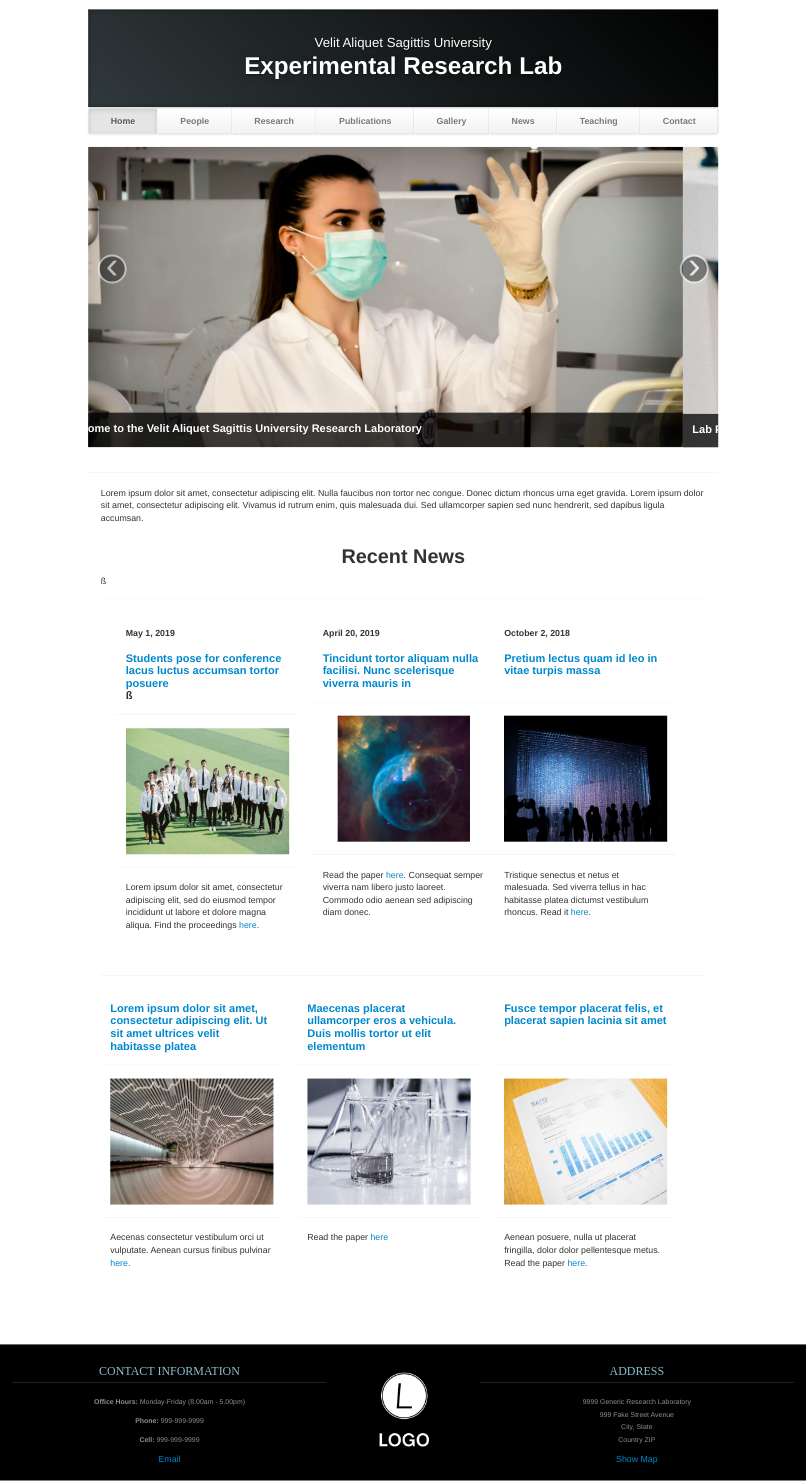
Repository: IAEUC/iaeuc.github.io
Page: index.html
These files come from the project's save history. The page is drawn as it stood at one moment and after the next save; the edit follows.
The browser window is 1280 px wide. The pictures show the whole page, at 63% of full size.

Above is the page before, as saved 2025-08-07 17:12:26.

### index.html
<!DOCTYPE html>
<html lang="en">
   <head>
      <meta charset="utf-8">
      <title>Generic Research Lab Template - Home</title>
      <meta name="viewport" content="width=device-width, initial-scale=1.0">
      <meta name="description" content="Research Lab, Home, Velit Aliquet Sagittis University">
      <meta name="author" content="">
      <!-- Le styles -->
      <link href="css/bootstrap.min.css" rel="stylesheet">
      <link href="css/bootstrap-responsive.min.css" rel="stylesheet">
      <link href="css/theme.css" rel="stylesheet">
   </head>
   <body>
      <div class="container">
         <header class="jumbotron subhead" id="overview">
            <p class="lead"> Velit Aliquet Sagittis University </p>
            <h1>Experimental Research Lab</h1>
         </header>
         <div class="masthead">
            <div class="navbar">
               <div class="navbar-inner">
                  <div class="container">
                     <ul class="nav">
                        <li class="active"><a href="#">Home</a></li>
                        <li><a href="people.html">People</a></li>
                        <li><a href="research.html">Research</a></li>
                        <li><a href="publications.html">Publications</a></li>
                        <li><a href="gallery.html">Gallery</a></li>
                        <li><a href="news.html">News</a></li>
                        <li><a href="teaching.html">Teaching</a></li>
                        <li><a href="contact.html">Contact</a></li>
                     </ul>
                  </div>
               </div>
            </div>
         </div>
         <div class="row-fluid">
            <div class="span12">
               <div id="main-carousel" class="carousel slide">
                  <div class="carousel-inner">
                     <div class="item active">
                        <img src="images/ani-kolleshi-crop3.JPG" class="carousel-image" alt="">
                        <div class="carousel-caption">
                           <h4>Welcome to the Velit Aliquet Sagittis University Research Laboratory</h4>
                           <!-- -->
                           <p></p>
                        </div>
                     </div>
                     <div class="item">
                        <img src="images/microscope-crop1.JPG" class="carousel-image" alt="">
                        <div class="carousel-caption">
                           <h4>Lab Photos</h4>
                           <p></p>
                        </div>
                     </div>
                     <div class="item">
                        <img src="images/building-crop1.JPG" class="carousel-image" alt="">
                        <div class="carousel-caption">
                           <h4>Main Building Photo</h4>
                           <p></p>
                        </div>
                     </div>
                  </div>
                  <a class="left carousel-control" href="#main-carousel" data-slide="prev">‹</a>
                  <a class="right carousel-control" href="#main-carousel" data-slide="next">›</a>
               </div>
            </div>
         </div>
         <hr>
         <div class="container-fluid">
            <div class="row-fluid marketing">
               <div class="span12">
                  <p>
                     Lorem ipsum dolor sit amet, consectetur adipiscing elit. Nulla faucibus non tortor nec congue.
                     Donec dictum rhoncus urna eget gravida. Lorem ipsum dolor sit amet, consectetur adipiscing elit.
                     Vivamus id rutrum enim, quis malesuada dui. Sed ullamcorper sapien sed nunc hendrerit, sed dapibus
                     ligula accumsan.
                  </p>
                  <br/>
               </div>
               <div class="row-fluid">
                  <hr>
                  <h2 class="centered">Recent News</h2>ß
                  <hr>
               </div>
               <div class="span4 feature-item">
                  <h5> <span class="date"> May 1, 2019 </span> </h5>
                  <h4 class="feature-heading">
                     <a href="https://unsplash.com/photos/CPmrdbbpnXg">
                     Students pose for conference lacus luctus accumsan tortor posuere
                     </a>
                     <br/>ß
                  </h4>
                  <hr>
                  <div class="centered">
                     <a href="https://unsplash.com/photos/CPmrdbbpnXg">
                     <img src="thumbs/jerry-zhang-1281608-unsplash.jpg" alt=""></a>
                  </div>
                  <hr>
                  <p>
                     Lorem ipsum dolor sit amet, consectetur adipiscing elit, sed do eiusmod tempor incididunt ut labore et
                     dolore magna aliqua.
                     Find the proceedings <a href="https://unsplash.com/photos/CPmrdbbpnXg">here</a>.
                  </p>
                  <br/>
                  <br/>
               </div>
               <div class="span4 feature-item">
                  <h5> <span class="date">April 20, 2019</span> </h5>
                  <h4 class="feature-heading">
                     <a href="https://unsplash.com/photos/rTZW4f02zY8">
                     Tincidunt tortor aliquam nulla facilisi. Nunc scelerisque viverra mauris in
                     </a>
                  </h4>
                  <hr>
                  <div class="centered">
                     <a href="https://unsplash.com/photos/rTZW4f02zY8">
                     <img src="thumbs/nasa-89125-unsplash.jpg" alt="">
                     </a>
                  </div>
                  <hr>
                  <p>
                     Read the paper
                     <a href="https://unsplash.com/photos/rTZW4f02zY8">here</a>.
                     Consequat semper viverra nam libero justo laoreet. Commodo odio aenean sed adipiscing diam donec.
                  </p>
                  <br/>
               </div>
               <div class="row-fluid">
                  <div class="span4 feature-item">
                     <h5> <span class="date">October 2, 2018</span> </h5>
                     <h4 class="feature-heading">
                        <a href="http://mechanical.illinois.edu/news/miljkovic-pleased-join-%E2%80%98powerhouse%E2%80%99-illinois">
                        Pretium lectus quam id leo in vitae turpis massa
                        <br/>
                        <br/>
                        </a>
                     </h4>
                     <hr>
                     <div class="centered">
                        <a href="https://unsplash.com/photos/WNk-f-TnZDw">
                        <img src="thumbs/rodolfo-cuadros-762364-unsplash.jpg" alt=""></a>
                     </div>
                     <hr>
                     <p>
                        Tristique senectus et netus et malesuada. Sed viverra tellus in hac habitasse platea dictumst vestibulum rhoncus.
                        Read it <a href="https://unsplash.com/photos/WNk-f-TnZDw">here</a>.
                     </p>
                     <br/>
                  </div>
               </div>
               <hr>
            </div>
            <div class="row-fluid">
               <div class="span4 feature-item">
                  <h4 class="feature-heading"><a href="https://unsplash.com/photos/QvbLjB9pHLM">Lorem ipsum dolor sit amet, consectetur adipiscing elit. Ut sit amet ultrices velit habitasse platea</a></h4>
                  <hr>
                  <div class="centered">
                     <a href="https://unsplash.com/photos/QvbLjB9pHLM"><img src="thumbs/ivanov-crop.JPG" alt=""></a>
                  </div>
                  <hr>
                  <p>Aecenas consectetur vestibulum orci ut vulputate. Aenean cursus finibus pulvinar <a href="https://unsplash.com/photos/QvbLjB9pHLM">here</a>. </p>
                  <br/>
               </div>
               <div class="span4 feature-item">
                  <h4 class="feature-heading"><a href="https://unsplash.com/photos/lQGJCMY5qcM">Maecenas placerat ullamcorper eros a vehicula. Duis mollis tortor ut elit elementum</a></h4>
                  <hr>
                  <div class="centered">
                     <a href="https://unsplash.com/photos/lQGJCMY5qcM"><img src="thumbs/beaker-crop.JPG" alt=""></a>
                  </div>
                  <hr>
                  <p>Read the paper <a href="https://unsplash.com/photos/lQGJCMY5qcM">here</a> </p>
               </div>
               <div class="span4 feature-item">
                  <h4 class="feature-heading"><a href="https://unsplash.com/photos/QCbZ4ASLhM8">Fusce tempor placerat felis, et placerat sapien lacinia sit amet<br/><br/><br/></a></h4>
                  <hr>
                  <div class="centered">
                     <a href="https://unsplash.com/photos/QCbZ4ASLhM8"><img src="thumbs/sato-chart.JPG" alt=""></a>
                  </div>
                  <hr>
                  <p> Aenean posuere, nulla ut placerat fringilla, dolor dolor pellentesque metus. Read the paper <a href="https://unsplash.com/photos/QCbZ4ASLhM8">here</a>.</p>
                  <br/>
                  <br/>
                  <br/>
               </div>
            </div>
         </div>
      </div>
      <footer id="footer">
         <div class="container-fluid">
            <div class="row-fluid">
               <div class="span5">
                  <h3>Contact Information</h3>
                  <p><b>Office Hours: </b>Monday-Friday (8.00am - 5.00pm)</p>
                  <p><b>Phone: </b>999-999-9999</p>
                  <p><b>Cell: </b>999-999-9999</p>
                  <a href="mailto:your.email@uni.edu">Email</a>
               </div>
               <div class="span2">
                  <a href="https://mybrandnewlogo.com/"><img src = "thumbs/generic-logo.JPG" alt="research-lab-logo"/></a>
               </div>
               <div class="span5">
                  <h3>Address</h3>
                  <p>9999 Generic Research Laboratory<br>
                     999 Fake Street Avenue<br>
                     City, State<br>
                     Country ZIP
                  </p>
                  <a href="http://maps.google.com/">Show Map</a>
               </div>
            </div>
         </div>
      </footer>

      <!-- Javascript files -->
      <script src="js/jquery-1.9.1.min.js"></script>
      <script src="js/bootstrap.min.js"></script>
      <script> $('#main-carousel').carousel(); </script>
   </body>
</html>

### css/theme.css
body {
	padding-top: 15px;
	padding-bottom: 0px;
}


/* Custom container */

.container {
	margin: 0 auto;
	max-width: 1000px;
}

.container>hr {
	margin: 20px 0
}


/* Customize the navbar links to be fill the entire space of the .navbar */

.navbar .navbar-inner {
	padding: 0
}

.navbar .nav {
	margin: 0;
	display: table;
	width: 100%;
}

.navbar .nav li {
	display: table-cell;
	width: 1%;
	float: none;
}

.navbar .nav li a {
	font-weight: bold;
	text-align: center;
	border-left: 1px solid rgba(255, 255, 255, .75);
	border-right: 1px solid rgba(0, 0, 0, .1);
}

.navbar .nav li:first-child a {
	border-left: 0;
	border-radius: 3px 0 0 3px;
}

.navbar .nav li:last-child a {
	border-right: 0;
	border-radius: 0 3px 3px 0;
}

body>.navbar {
	font-size: 13px
}


/* Change the docs' brand */

body>.navbar .brand {
	padding-right: 0;
	padding-left: 0;
	margin-left: 20px;
	float: right;
	font-weight: bold;
	color: #000;
	text-shadow: 0 1px 0 rgba(255, 255, 255, .1), 0 0 30px rgba(255, 255, 255, .125);
	-webkit-transition: all .2s linear;
	-moz-transition: all .2s linear;
	transition: all .2s linear;
}

body>.navbar .brand:hover {
	text-decoration: none;
	text-shadow: 0 1px 0 rgba(255, 255, 255, .1), 0 0 30px rgba(255, 255, 255, .4);
}


/* Sidenav for Docs
         -------------------------------------------------- */

@media screen and (max-width: 768px) {
	.bs-docs-sidenav {
		display: none !important;
	}
}

.bs-docs-sidenav {
	width: 228px;
	margin: 30px 0 0;
	padding: 0;
	background-color: #fff;
	-webkit-border-radius: 6px;
	-moz-border-radius: 6px;
	border-radius: 6px;
	-webkit-box-shadow: 0 1px 4px rgba(0, 0, 0, .065);
	-moz-box-shadow: 0 1px 4px rgba(0, 0, 0, .065);
	box-shadow: 0 1px 4px rgba(0, 0, 0, .065);
}

.bs-docs-sidenav>li>a {
	display: block;
	width: 200px;
	margin: 0 0 -1px;
	padding: 8px 14px;
	border: 1px solid #e5e5e5;
}

.bs-docs-sidenav>li>a.subhead {
	display: block;
	width: 168px;
	margin: 0 0 -1px;
	padding: 8px 30px;
	border: 1px solid #e5e5e5;
	font-size: 12px;
}

.bs-docs-sidenav>li:first-child>a {
	-webkit-border-radius: 6px 6px 0 0;
	-moz-border-radius: 6px 6px 0 0;
	border-radius: 6px 6px 0 0;
}

.bs-docs-sidenav>li:last-child>a {
	-webkit-border-radius: 0 0 6px 6px;
	-moz-border-radius: 0 0 6px 6px;
	border-radius: 0 0 6px 6px;
}

.bs-docs-sidenav>.active>a {
	position: relative;
	z-index: 2;
	padding: 9px 15px;
	border: 0;
	text-shadow: 0 1px 0 rgba(0, 0, 0, .15);
	-webkit-box-shadow: inset 1px 0 0 rgba(0, 0, 0, .1), inset -1px 0 0 rgba(0, 0, 0, .1);
	-moz-box-shadow: inset 1px 0 0 rgba(0, 0, 0, .1), inset -1px 0 0 rgba(0, 0, 0, .1);
	box-shadow: inset 1px 0 0 rgba(0, 0, 0, .1), inset -1px 0 0 rgba(0, 0, 0, .1);
}

.bs-docs-sidenav>li>a:hover {
	background-color: #f5f5f5
}

.bs-docs-sidenav a:hover .icon-chevron-right {
	opacity: .5
}

.bs-docs-sidenav.affix {
	top: 10px
}

.bs-docs-sidenav.affix-bottom {
	position: absolute;
	top: auto;
	bottom: 270px;
}


/* Responsive
         -------------------------------------------------- */

.affix {
	top: 0px
}

#media {
	margin-top: 70px
}

#media .header {
	margin-left: 0;
	margin-bottom: 56px;
	margin-top: 30px;
}

#media .post_row {
	margin-left: 0;
	margin-bottom: 40px;
}

#media .lastpost_row {
	margin-bottom: 0
}

#media .post_row .post {
	background: #fff;
	/*margin-left: 0;;
    margin-right: 20px;*/
	border-radius: 4px;
	box-shadow: 1px 1px 2px 0px #E0E0E0;
	width: 487px;
	height: 616px;
}

#media .post_row .last {
	margin-right: 0
}

#media .post_row .post .img {
	position: relative;
	text-align: center;
}

#media .post_row .post .img .date {
	background: #E8554E;
	position: absolute;
	padding: 2px 5px;
	top: 0;
	left: 11px;
}

#media .post_row .post .img .date p {
	color: #fff;
	font-size: 14px;
	font-weight: bold;
	font-style: italic;
	margin: 0;
}

#media .post_row .post .img img {
	height: 275px;
	width: 410px;
}

#media .post_row .post .text {
	margin: 18px auto 0;
	width: 83%;
}

#media .post_row .post .text h5 {
	margin: 0 0 8px 0;
	font-size: 20px;
	line-height: 23px;
}

#media .post_row .post .text h5 a {
	color: #333
}

#media .post_row .post .text span.date {
	color: #9F9F9F;
	display: block;
	margin-bottom: 12px;
	font-style: italic;
	font-size: 13px;
}

#media .post_row .post .text p {
	margin: 0;
	line-height: 21px;
	font-size: 14px;
}

#media .post_row .post .author_box {
	margin: 12px auto 20px;
	border-top: 1px solid #EDEDED;
	overflow: hidden;
	text-align: left;
	width: 85%;
	padding-top: 12px;
}

#media .post_row .post .author_box h6 {
	margin: 0 0 3px 0;
	font-size: 13px;
	line-height: 15px;
	font-style: italic;
	font-weight: normal;
	color: #B2B2B2;
}

#media .post_row .post .author_box p {
	color: #B2B2B2;
	font-style: italic;
	font-size: 13px;
	line-height: 14px;
	margin: 0;
}

#media .post_row .post .author_box img {
	float: right
}

#media .post_row .post a.plus_wrapper {
	width: 99%;
	text-align: center;
	background: #fff;
	display: none;
	border-radius: 0px 0px 4px 4px;
	padding: 6px 0px 2px;
	margin: 0 auto 1px;
}

#media .post_row .post a.plus_wrapper span {
	color: #1189D9;
	font-size: 30px;
	font-weight: bold;
}

#media .post_row .post:hover a.plus_wrapper {
	display: block
}

#media .post_row .post:hover {
	box-shadow: 0px 1px 5px 1px rgb(216, 216, 216)
}

#media .post_row .post:hover .text h5 a {
	color: #1189D9
}

.map .box_wrapp {
	position: absolute;
	margin: 15px auto;
	box-shadow: 0 0 7px 0 rgba(26, 26, 26, 0.4);
	padding: 30px 0 30px;
	background: white;
	border-radius: 4px;
	margin-top: 25px;
}

.map .box_wrapp .box_cont {
	margin: 30px auto;
	width: 76%;
}

.section-header {
	text-align: center;
	margin-bottom: 35px;
}

.section-header h1,
.title-text {
	font-weight: bold;
	font-size: 30px;
	margin: 12.5px 0;
	font-weight: 100;
	margin-bottom: 25px;
	line-height: 55px;
}

.feature-item:hover {
	box-shadow: 0px 1px 5px 1px rgb(216, 216, 216)
}

.feature-item img {
	margin-left: 15px;
	margin-right: 15px;
	max-width: 90%;
	height: 200px;
}

.feature-item h5 {
	margin-left: 15px;
	margin-right: 15px;
	margin-top: 20px;
	margin-bottom: 20px;
}

.feature-item p {
	margin-left: 15px;
	margin-right: 15px;
}

.feature-heading {
	margin-top: 20px;
	margin-bottom: 20px;
	margin-left: 15px;
	margin-right: 15px;
}

.feature-heading a:hover {
	text-decoration: none;
}

.feature-button {
	font-size: 16px;
	background-image: none;
	box-shadow: none;
	margin-bottom: 10px;
}

.centered {
	text-align: center;
}

.subhead {
	text-align: left;
	border-bottom: 1px solid #ddd;
}

.jumbotron {
	position: relative;
	padding: 45px 0px 35px 0px;
	color: #fff;
	text-align: center;
	text-shadow: 0 1px 3px rgba(0, 0, 0, .4), 0 0 30px rgba(0, 0, 0, .075);
	background: #30393C;
	background: -moz-linear-gradient(45deg, #30393C 0%, #000000 100%);
	background: -webkit-gradient(linear, left bottom, right top, color-stop(0%, #30393C), color-stop(100%, #30393C));
	background: -webkit-linear-gradient(45deg, #30393C 0%, #000000 100%);
	background: -o-linear-gradient(45deg, #30393C 0%, #000000 100%);
	background: -ms-linear-gradient(45deg, #30393C 0%, #000000 100%);
	background: linear-gradient(45deg, #30393C 0%, #000000 100%) repeat;
	-webkit-box-shadow: inset 0 3px 7px rgba(0, 0, 0, .2), inset 0 -3px 7px rgba(0, 0, 0, .2);
	-moz-box-shadow: inset 0 3px 7px rgba(0, 0, 0, .2), inset 0 -3px 7px rgba(0, 0, 0, .2);
	box-shadow: inset 0 3px 7px rgba(0, 0, 0, .2), inset 0 -3px 7px rgba(0, 0, 0, .2);
}

.jumbotron:after {
	content: '';
	display: block;
	position: absolute;
	top: 0;
	right: 0;
	bottom: 0;
	left: 0;
	opacity: .4;
}

.lead {
	margin-bottom: 0px;
	font-size: 21px;
	font-weight: 200;
	line-height: 15px;
}

img.float-left {
	float: left;
	margin-top: 9px;
	margin-left: 0px;
	margin-right: 30px;
	margin-bottom: 12px;
}

img.float-right {
	float: right;
	margin-top: 9px;
	margin-right: 0px;
	margin-bottom: 12px;
	margin-left: 30px;
}

img.publications-thumb {
	width: 142px;
	height: 188px;
}

.caption {
	margin: 10px;
}

.responsive-video {
	position: relative;
	padding-bottom: 56.25%;
	padding-top: 60px;
	overflow: hidden;
}

.responsive-video iframe,
.responsive-video object,
.responsive-video embed {
	position: absolute;
	top: 0;
	left: 0;
	width: 93.5%;
	height: 93.5%;
}

.video-caption {
	margin: 10px;
}

.accordion {
	margin-bottom: 20px;
	margin-right: 40px;
}

.thumbnail>img.sponsor {
	width: 212px;
	height: 150px;
}

img.carousel-image {
	width: 100%;
}

li.publication {
	margin-bottom: 20px;
}

.page-header h3 a:hover {
	text-decoration: none;
}

iframe.map-frame {
	border: none;
	overflow: hidden;
	margin-top: 10px;
	margin-bottom: 10px;
	margin-left: 0px;
	margin-right: 0px;
	height: 550px;
	width: 100%;
}

ul.sponsors {
	margin-top: 40px;
	margin-bottom: 40px;
}

#footer {
	z-index: 10;
	margin-top: 50px;
	margin-bottom: 0px;
	padding-bottom: 25px;
	border-top-width: 8px;
	border-top-style: solid;
	border-top-color: #2F2F2F;
	background-color: #000000;
	border: 0;
	font-size: 100%;
	font: inherit;
	vertical-align: baseline;
	text-align: center;
}

#footer h3 {
	font-size: 19px;
	text-transform: uppercase;
	font-family: BebasNeueRegular;
	color: #8DBECE;
	border-bottom-width: 1px;
	border-bottom-style: solid;
	border-bottom-color: #30393C;
	line-height: 35px;
	margin-bottom: 20px;
	margin-top: 25px;
	font-weight: normal;
}

#footer a img {
	margin-top: 40px;
}

#footer p,
#footer address {
	color: #8F8F8F;
	font-size: 11px;
}

Loaded but not shown: css/bootstrap.min.css (library); css/bootstrap-responsive.min.css (library); js/jquery-1.9.1.min.js (library); js/bootstrap.min.js (library)

After the next save:
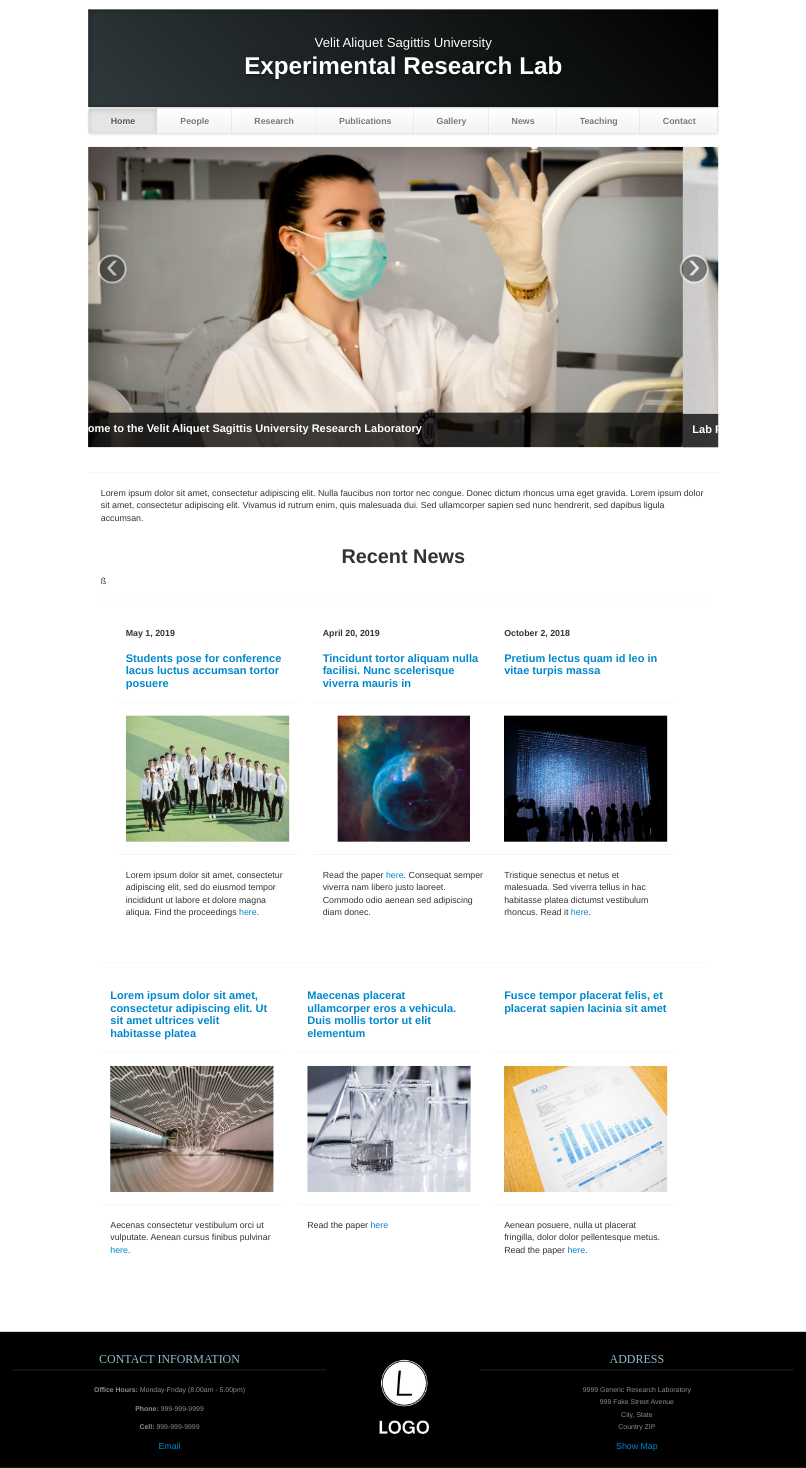
Saved 19 s later.
--- a/index.html
+++ b/index.html
@@ -90,7 +90,7 @@
                      <a href="https://unsplash.com/photos/CPmrdbbpnXg">
                      Students pose for conference lacus luctus accumsan tortor posuere
                      </a>
-                     <br/>ß
+                     <br/>
                   </h4>
                   <hr>
                   <div class="centered">
